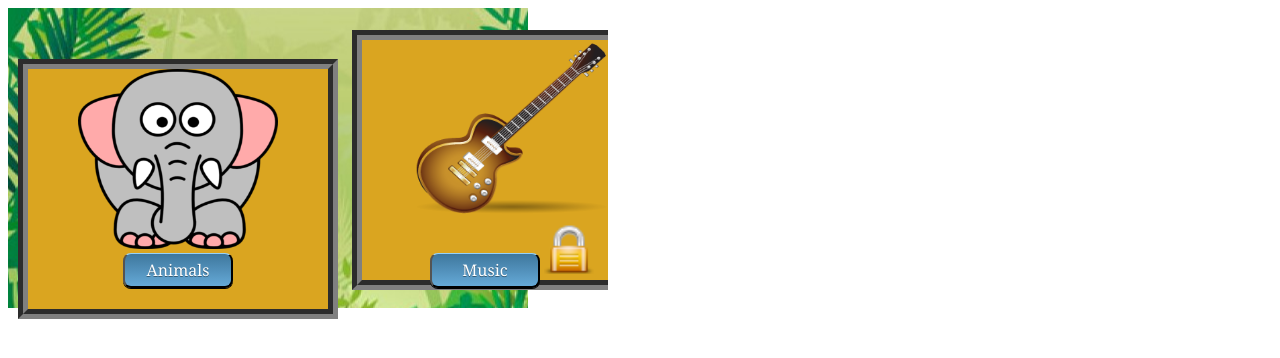
Repository: RathipriyaChandrasekaran/dotlite
Page: ConnectDots/menupage.html
An editor plug-in stored every save of this project. The page is shown before and after the next save, followed by the edit.
The browser window is 1280 px wide. The pictures show the whole page.

Above is the page before, as saved 2014-12-15 04:47:23.

### ConnectDots/menupage.html
<!DOCTYPE html>
<html>
<head>
     <meta charset="utf-8" />
     <meta name="viewport" content="width=device-width, initial-scale=1.0, maximum-scale=1.0">
     <link rel="stylesheet" type="text/css" href="css/menupage.css"/>
     <script src="js/main.js"></script>
</head>
<body>

 <div id="scroll" class="scope" >

   <div id="filmstrip" class="filmstrip" style= "width:1000px !important;">
    <div id="animallearning" class="scrollable" onclick="animalpage()" style="backgroundimage: url(../images/jungles.png); height:240px; width:500px;">
     <img src="images/elephants.png"></img>
     <button class="button" style="width:110px !important;" >Animals</button>
    </div>
    <div id="musiclearning" class="scrollable">
     <img src="images/guitar.png" id="blurredimage"></img>
     <button class="button" style="width:110px !important;" >Music</button>
     <img src="images/lock.png" style="width: 50px !important; height: 50px !important; position:center;"></img>

    </div>
    <div id="fruitslearning" class="scrollable">
     <img src="images/fruits.png" ></img>
     <button class="button" style="width:110px !important;">Fruits</button>

    </div>

   </div>
 </div>
 <canvas id="canvas" width="520px" height="300px"> </canvas>

 <script>
 var points=new Array();
 var canvas = document.getElementById('canvas');
 var context = canvas.getContext('2d');
 var height = 300;
 var width = 520;

 context.beginPath();
 context.rect(1, 1, width, height);
 context.fill();
 context.lineWidth = 1;
 context.strokeStyle = 'black';
 context.stroke();

 function loadCanvas(dataURL, _cb) {

     // load image from data url
     var imageObj = new Image();
     imageObj.onload = function() {
         var imgWidth = this.width;
         var imgHeight = this.height;
         var posX = (width - imgWidth)/2;
         var posY = (height - imgHeight)/2;
         context.drawImage(this, -5, posY + 10);
         if (_cb) _cb();
     };

     imageObj.src = dataURL;
 }

loadCanvas("images/jungle.png", function() {

});

function animalpage(){
	window.location.href="animals.html";
}


 </script>
</body>
</html>

### ConnectDots/css/menupage.css
.scope{
     position: absolute;
     top: 30px;
     width:600px;
     overflow-x:scroll;
     overflow-y:hidden;
   }

.scrollable{
      cursor: pointer;
      background-color: #DAA520;
      width: 500px;
      height: 240px;
      position: relative;
      border: 10px solid grey;
      border-style: groove;
    }


.filmstrip>div {
  width:300px !important;
  display:inline-block;
  text-align:center;
  margin-left: 10px;
}

img{
	position: center;
	top:15px;
	width:200px;
	height: 180px;
}

blurredimage{

 -webkit-filter: blur(10px);
}

 #homebutton{
	 width:50px;
	 height:50px;
}
.button {
   border-top: 1px solid #96d1f8;
   background: #D2691E;
   background: -webkit-gradient(linear, left top, left bottom, from(#3e779d), to(#65a9d7));
   background: -webkit-linear-gradient(top, #3e779d, #65a9d7);
   background: -moz-linear-gradient(top, #3e779d, #65a9d7);
   background: -ms-linear-gradient(top, #3e779d, #65a9d7);
   background: -o-linear-gradient(top, #3e779d, #65a9d7);
   padding: 5px 10px;
   -webkit-border-radius: 8px;
   -moz-border-radius: 8px;
   border-radius: 8px;
   -webkit-box-shadow: rgba(0,0,0,1) 0 1px 0;
   -moz-box-shadow: rgba(0,0,0,1) 0 1px 0;
   box-shadow: rgba(0,0,0,1) 0 1px 0;
   text-shadow: rgba(0,0,0,.4) 0 1px 0;
   color: white;
   font-size: 16px;
   font-family: Georgia, serif;
   text-decoration: none;
   vertical-align: middle;
   }
.button:hover {
   border-top-color: #28597a;
   background: #28597a;
   color: #ccc;
   }
.button:active {
   border-top-color: #1b435e;
   background: #D2691E;
   }

### ConnectDots/js/main.js
var startTime;
var checkTime;

//Initialize function
var init = function () {
	// TODO:: Do your initialization job
	console.log("init() called");

	// add eventListener for tizenhwkey
	document.addEventListener('tizenhwkey', function(e) {
		if(e.keyName == "back") {
			try {
				tizen.application.getCurrentApplication().exit();
			} catch (error) {
				console.error("getCurrentApplication(): " + error.message);
			}
		}
	});
};
// window.onload can work without <body onload="">
window.onload = init;

function startTime() {
	var today = new Date();
	var h = today.getHours();

	var m = today.getMinutes();
	var s = today.getSeconds();
	m = checkTime(m);
	s = checkTime(s);
	document.getElementById('divbutton1').innerHTML="Current time: " + h + ":" + m + ":" + s;
	var t = setTimeout(startTime, 250);
}

function checkTime(i) {
	if (i < 10) {
		i="0" + i;
	}
	return i;
}

After the next save:
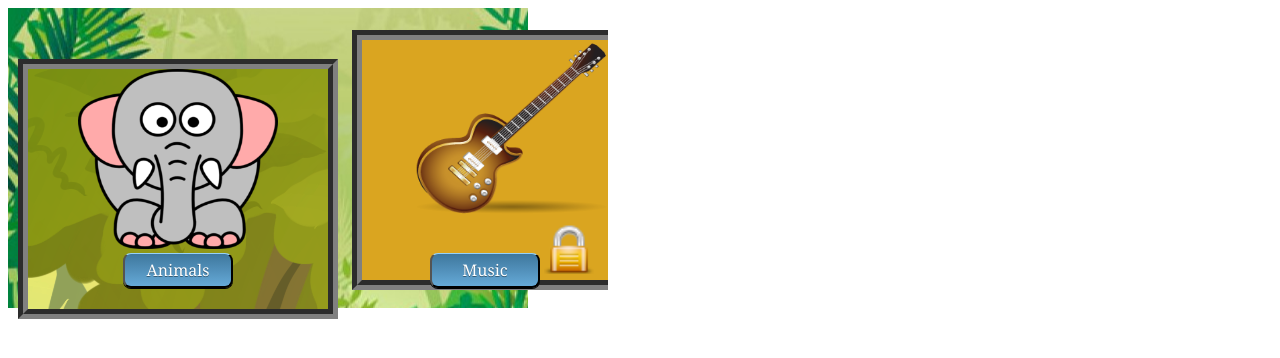
Saved 62 s later.
--- a/ConnectDots/menupage.html
+++ b/ConnectDots/menupage.html
@@ -11,7 +11,7 @@
  <div id="scroll" class="scope" >
 
    <div id="filmstrip" class="filmstrip" style= "width:1000px !important;">
-    <div id="animallearning" class="scrollable" onclick="animalpage()" style="backgroundimage: url(../images/jungles.png); height:240px; width:500px;">
+    <div id="animallearning" class="scrollable" onclick="animalpage()" style="background-image: url(images/jungles.png); height:240px; width:500px;">
      <img src="images/elephants.png"></img>
      <button class="button" style="width:110px !important;" >Animals</button>
     </div>
